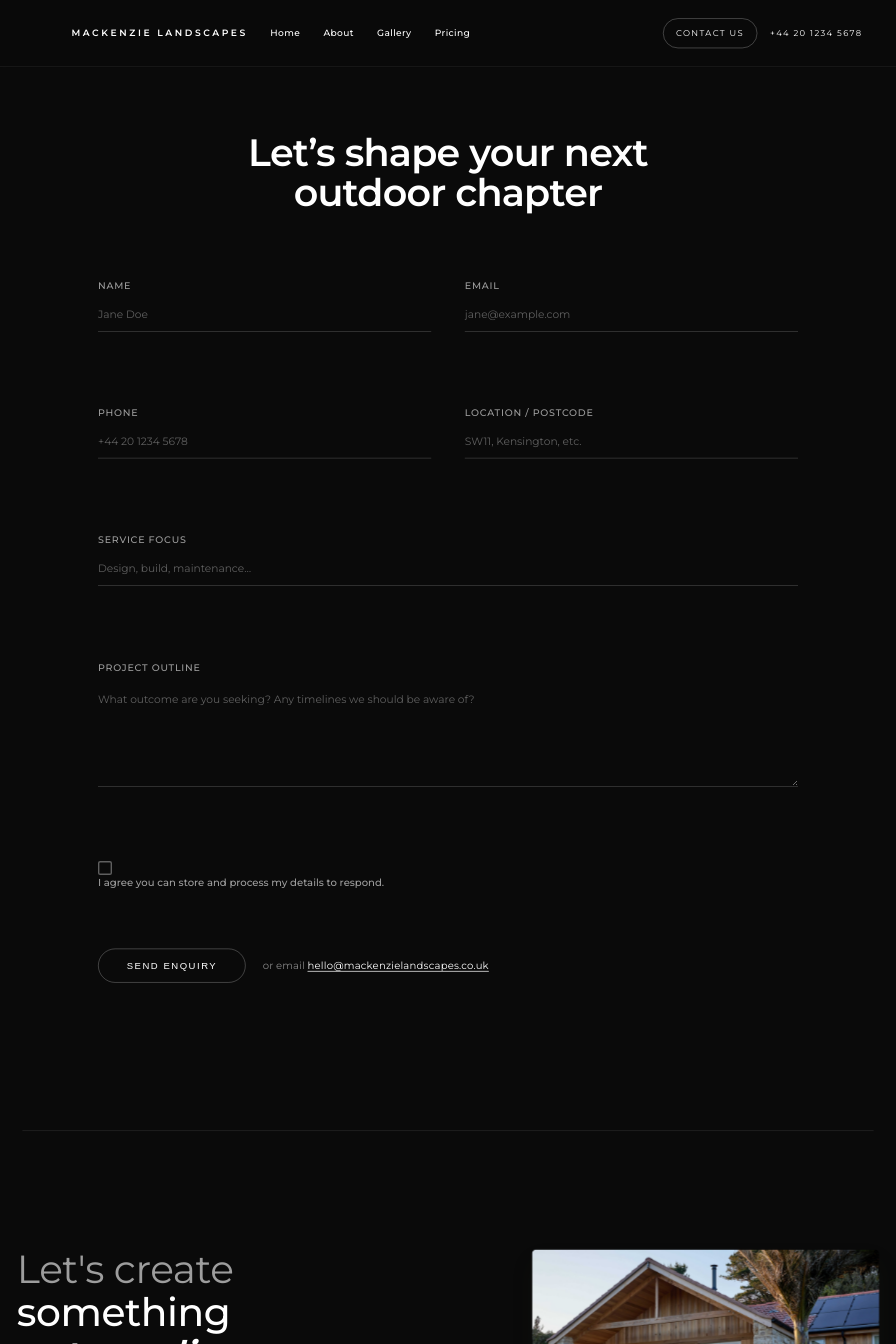
Repository: JoelMann1/MackenzieLandscapes
Page: contact.html
An editor plug-in stored every save of this project. The page is shown before and after the next save, followed by the edit.
The browser window is 1280 px wide. The pictures show the part of the page from y = 0 to 1920 px (the page is 2572 px tall), at 70% of full size.

Above is the page before, as saved 2025-10-31 14:03:12.

After the next save:
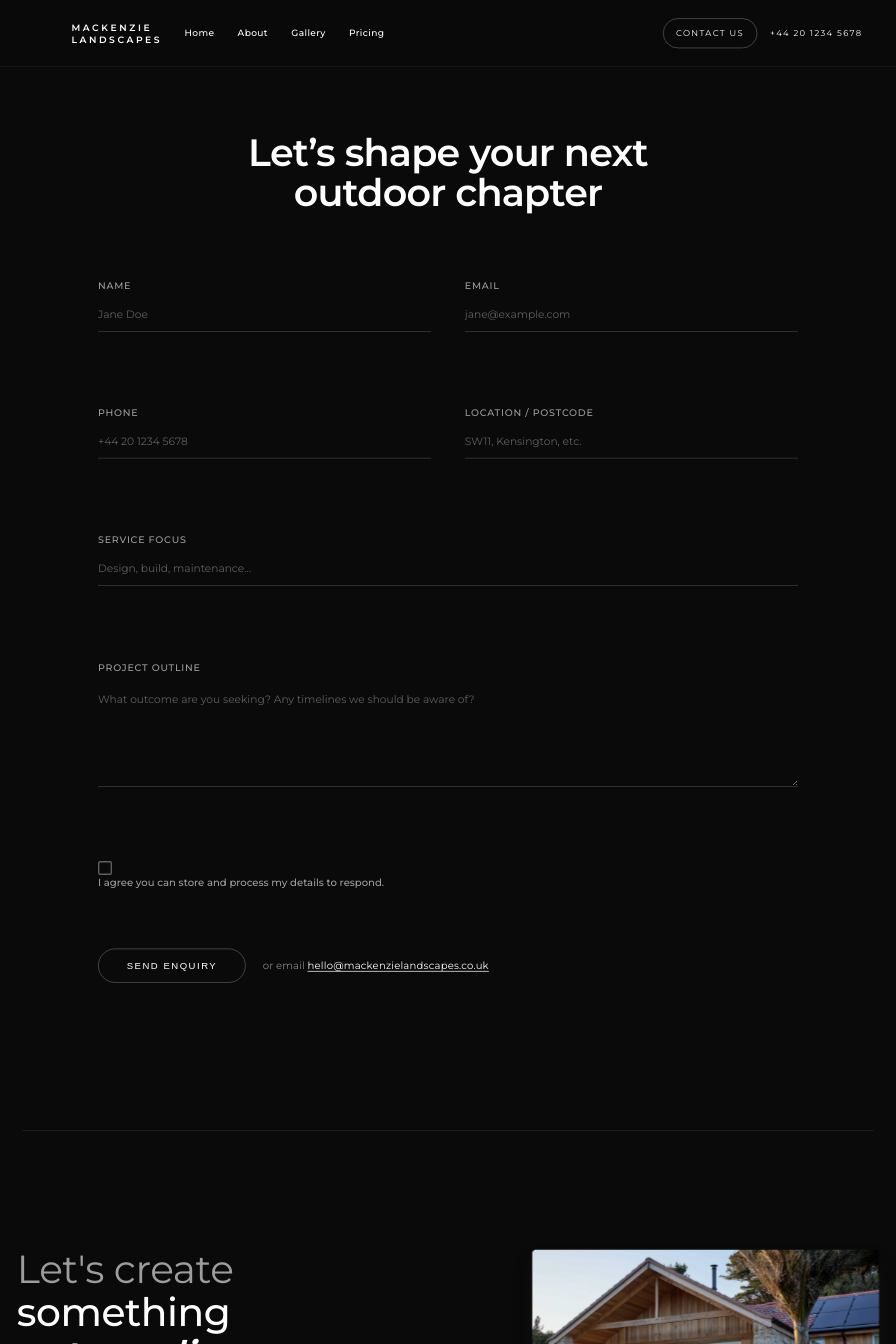
Saved 4 s later.
--- a/contact.html
+++ b/contact.html
@@ -22,7 +22,10 @@
   <div class="nav-inner">
     <a class="logo" href="index.html" aria-label="Mackenzie Landscapes home">
       <svg aria-hidden="true" viewBox="0 0 64 64"><use href="assets/img/favicon.svg#leaf"/></svg>
-      <span>Mackenzie Landscapes</span>
+      <span class="logo-text">
+        <span class="logo-text__line">Mackenzie</span>
+        <span class="logo-text__line">Landscapes</span>
+      </span>
     </a>
     <nav class="primary-nav" aria-label="Primary">
       <ul class="menu" role="menubar">
